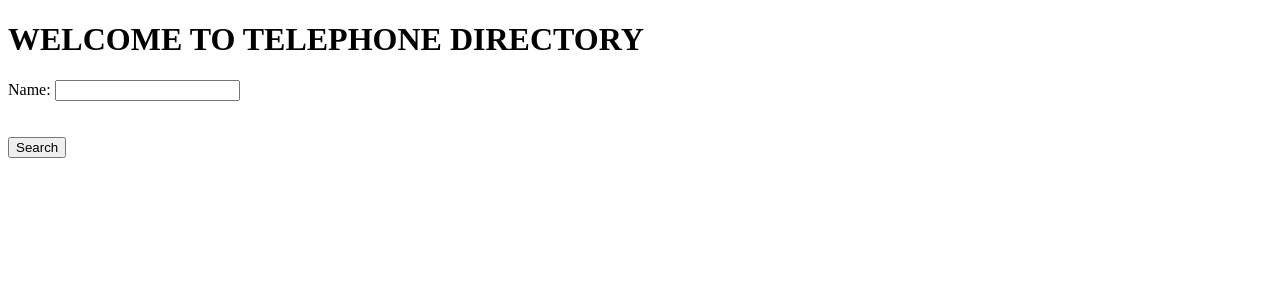
Repository: nikhilbad7/jsp-practicals
Page: classwork/WebContent/exp13.html
The author's editor kept a copy of each file at every save. The page is drawn from the files as they stood at one save, then again after the next save.
The browser window is 1280 px wide. The pictures show the whole page.

Above is the page before, as saved 2018-04-12 05:45:35.

After the next save:
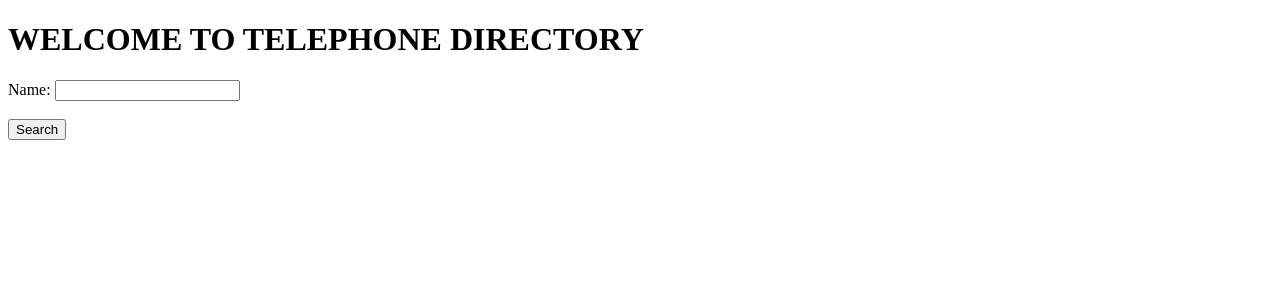
Saved 16 s later.
--- a/classwork/WebContent/exp13.html
+++ b/classwork/WebContent/exp13.html
@@ -6,7 +6,7 @@
 	<body>
 		<h1> WELCOME TO TELEPHONE DIRECTORY</h1>
 		<form action="">
-			Name: <input type="text" name="name" /> <br/><br/><br/>
+			Name: <input type="text" name="name" /> <br/><br/>
 			<input type="submit" value="Search" />
 		</form>
 	</body>
